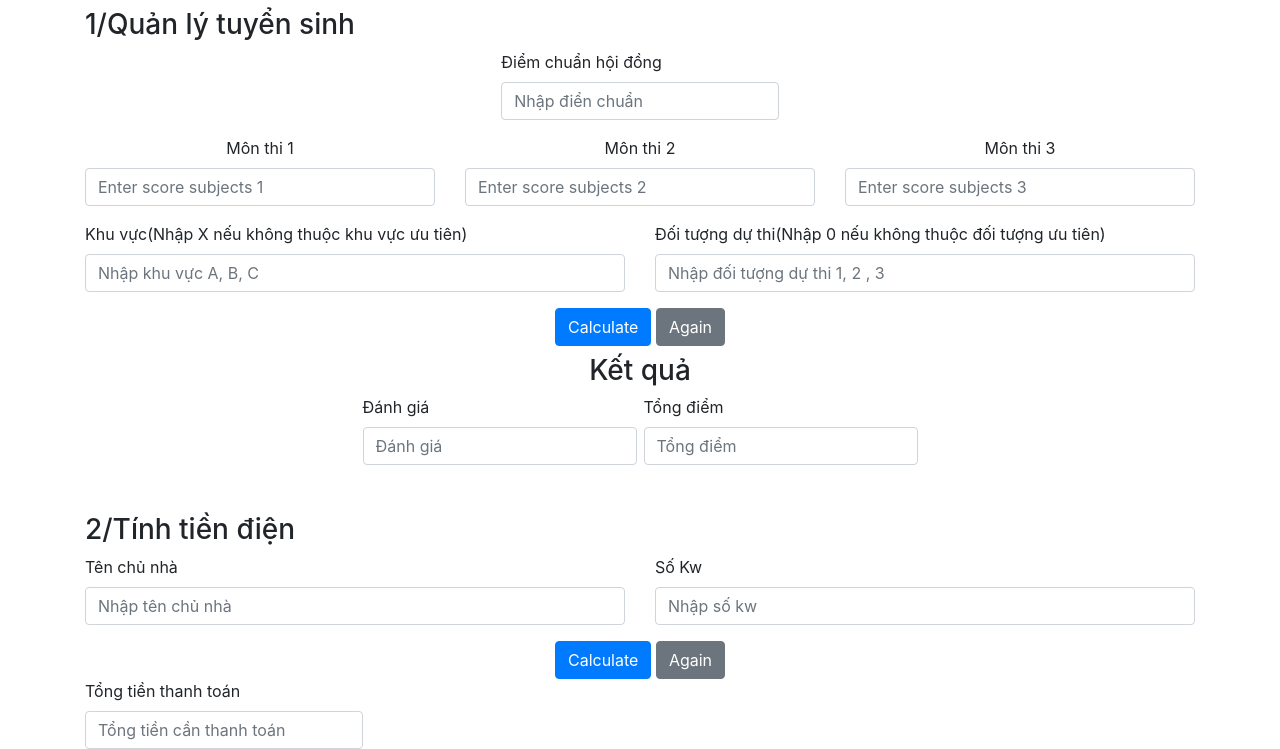
Repository: baobaodeveloper/bootcamp21__jsbasic4_HuynhAnhBao
Page: index.html
These files come from the project's save history. The page is drawn as it stood at one moment and after the next save; the edit follows.
The browser window is 1280 px wide. The pictures show the whole page.

Above is the page before, as saved 2022-03-13 19:21:29.

### index.html
<!DOCTYPE html>
<html lang="en">
  <head>
    <title>Exercise3</title>
    <!-- Required meta tags -->
    <meta charset="utf-8" />
    <meta
      name="viewport"
      content="width=device-width, initial-scale=1, shrink-to-fit=no"
    />

    <!-- Bootstrap CSS -->
    <link
      rel="stylesheet"
      href="https://stackpath.bootstrapcdn.com/bootstrap/4.3.1/css/bootstrap.min.css"
      integrity="sha384-ggOyR0iXCbMQv3Xipma34MD+dH/1fQ784/j6cY/iJTQUOhcWr7x9JvoRxT2MZw1T"
      crossorigin="anonymous"
    />
  </head>
  <body>
    <!-- 1/Quản lý tuyển sinh -->
    <div class="container mt-2">
      <h3>1/Quản lý tuyển sinh</h3>

      <div class="mb-3 w-25 m-auto">
        <label>Điểm chuẩn hội đồng</label>
        <input
          type="number"
          class="form-control"
          id="score"
          placeholder="Nhập điển chuẩn"
        />
      </div>

      <div class="row mt-3 text-center">
        <div class="col">
          <label>Môn thi 1</label>
          <input
            type="number"
            class="form-control"
            id="score1"
            placeholder="Enter score subjects 1"
          />
        </div>
        <div class="col">
          <label>Môn thi 2</label>
          <input
            type="number"
            class="form-control"
            id="score2"
            placeholder="Enter score subjects 2"
          />
        </div>
        <div class="col">
          <label>Môn thi 3</label>
          <input
            type="number"
            class="form-control"
            id="score3"
            placeholder="Enter score subjects 3"
          />
        </div>
      </div>

      <div class="row mt-3">
        <div class="col">
          <label>Khu vực(Nhập X nếu không thuộc khu vực ưu tiên)</label>
          <input
            type="text"
            class="form-control"
            placeholder="Nhập khu vực A, B, C"
            id="area"
          />
        </div>
        <div class="col">
          <label
            >Đối tượng dự thi(Nhập 0 nếu không thuộc đối tượng ưu tiên)</label
          >
          <input
            type="number"
            class="form-control"
            placeholder="Nhập đối tượng dự thi 1, 2 , 3"
            id="object"
          />
        </div>
      </div>

      <div class="text-center mt-3">
        <button type="button" class="btn btn-primary" id="scoreBtn">
          Calculate
        </button>
        <button type="button" class="btn btn-secondary" id="score-btn-again">
          Again
        </button>
      </div>

      <h3 class="text-center mt-2">Kết quả</h3>

      <div class="mb-3 w-50 d-flex m-auto justify-content-between">
        <div>
          <label>Đánh giá</label>
          <input
            type="email"
            class="form-control"
            placeholder="Đánh giá"
            id="evaluate"
          />
        </div>

        <div>
          <label>Tổng điểm</label>
          <input
            type="email"
            class="form-control"
            placeholder="Tổng điểm"
            id="total-score"
          />
        </div>
      </div>
    </div>

    <!-- 2/Tính tiền điện -->
    <div class="container mt-lg-5">
      <h3>2/Tính tiền điện</h3>
      <div class="row">
        <div class="col">
          <label class="form-label">Tên chủ nhà</label>
          <input
            type="text"
            class="form-control"
            id="host"
            placeholder="Nhập tên chủ nhà"
          />
        </div>
        <div class="col">
          <label class="form-label">Số Kw</label>
          <input
            type="number"
            id="number-kw"
            class="form-control"
            placeholder="Nhập số kw"
          />
        </div>
      </div>

      <div class="text-center mt-3">
        <button type="button" class="btn btn-primary" id="electricBill">
          Calculate
        </button>
        <button
          type="button"
          class="btn btn-secondary"
          id="score-electricbill-again"
        >
          Again
        </button>
      </div>

      <div class="w-25">
        <label class="form-label">Tổng tiền thanh toán</label>
        <input
          type="number"
          class="form-control"
          id="host"
          placeholder="Tổng tiền cần thanh toán"
        />
      </div>
    </div>
    <!-- Optional JavaScript -->
    <!-- jQuery first, then Popper.js, then Bootstrap JS -->
    <script
      src="https://code.jquery.com/jquery-3.3.1.slim.min.js"
      integrity="sha384-q8i/X+965DzO0rT7abK41JStQIAqVgRVzpbzo5smXKp4YfRvH+8abtTE1Pi6jizo"
      crossorigin="anonymous"
    ></script>
    <script
      src="https://cdnjs.cloudflare.com/ajax/libs/popper.js/1.14.7/umd/popper.min.js"
      integrity="sha384-UO2eT0CpHqdSJQ6hJty5KVphtPhzWj9WO1clHTMGa3JDZwrnQq4sF86dIHNDz0W1"
      crossorigin="anonymous"
    ></script>
    <script
      src="https://stackpath.bootstrapcdn.com/bootstrap/4.3.1/js/bootstrap.min.js"
      integrity="sha384-JjSmVgyd0p3pXB1rRibZUAYoIIy6OrQ6VrjIEaFf/nJGzIxFDsf4x0xIM+B07jRM"
      crossorigin="anonymous"
    ></script>

    <script src="exercise1.js"></script>
  </body>
</html>

### exercise1.js
const score = document.getElementById("score");
const score1 = document.getElementById("score1");
const score2 = document.getElementById("score2");
const score3 = document.getElementById("score3");
const area = document.getElementById("area");
const objectStudent = document.getElementById("object");
const scoreBtn = document.getElementById("scoreBtn");
const scoreBtnAgain = document.getElementById("score-btn-again");
const evaluate = document.getElementById("evaluate");
const totalScore = document.getElementById("total-score");

scoreBtn.addEventListener("click", () => {
  if (!score.value || !score1.value || !score2.value || !score3.value) return;
  const scoreValue = +score.value;
  const score1Value = +score1.value;
  const score2Value = +score2.value;
  const score3Value = +score3.value;
  if (
    scoreValue <= 0 ||
    scoreValue > 30 ||
    score1Value < 0 ||
    score1Value > 10 ||
    score2Value < 0 ||
    score2Value > 10 ||
    score3Value < 0 ||
    score3Value > 10
  )
    return alert("Enter score invalid");
  if (score1Value === 0 || score2Value === 0 || score3Value === 0)
    return (evaluate.value = "Không Đạt");

  const scoreArea = areas();
  const scoreObjectStudent = objectStudents();

  const scoreTotalStudent =
    score1Value + score2Value + score3Value + scoreArea + scoreObjectStudent;

  if (scoreTotalStudent >= scoreValue) {
    evaluate.value = "Đạt";
  } else {
    evaluate.value = "Không Đạt";
  }
  totalScore.value = scoreTotalStudent;
});

const areas = () => {
  if (!area.value) return;
  const areaValue = area.value.toUpperCase();
  if (areaValue === "X") {
    return 0;
  } else if (areaValue === "A") {
    return 2;
  } else if (areaValue === "B") {
    return 1;
  } else if (areaValue === "C") {
    return 0.5;
  } else {
    return 0;
  }
};

const objectStudents = () => {
  if (!objectStudent) return;
  const objecStudenttValue = +object.value;

  if (objecStudenttValue === 0) {
    return 0;
  } else if (objecStudenttValue === 1) {
    return 2.5;
  } else if (objecStudenttValue === 2) {
    return 1.5;
  } else if (objecStudenttValue === 3) {
    return 1;
  } else {
    return 0;
  }
};

scoreBtnAgain.addEventListener("click", () => {
  score.value = "";
  score1.value = "";
  score2.value = "";
  score3.value = "";
  area.value = "";
  objectStudent.value = "";
  totalScore.value = "";
  evaluate.value = "";
});

After the next save:
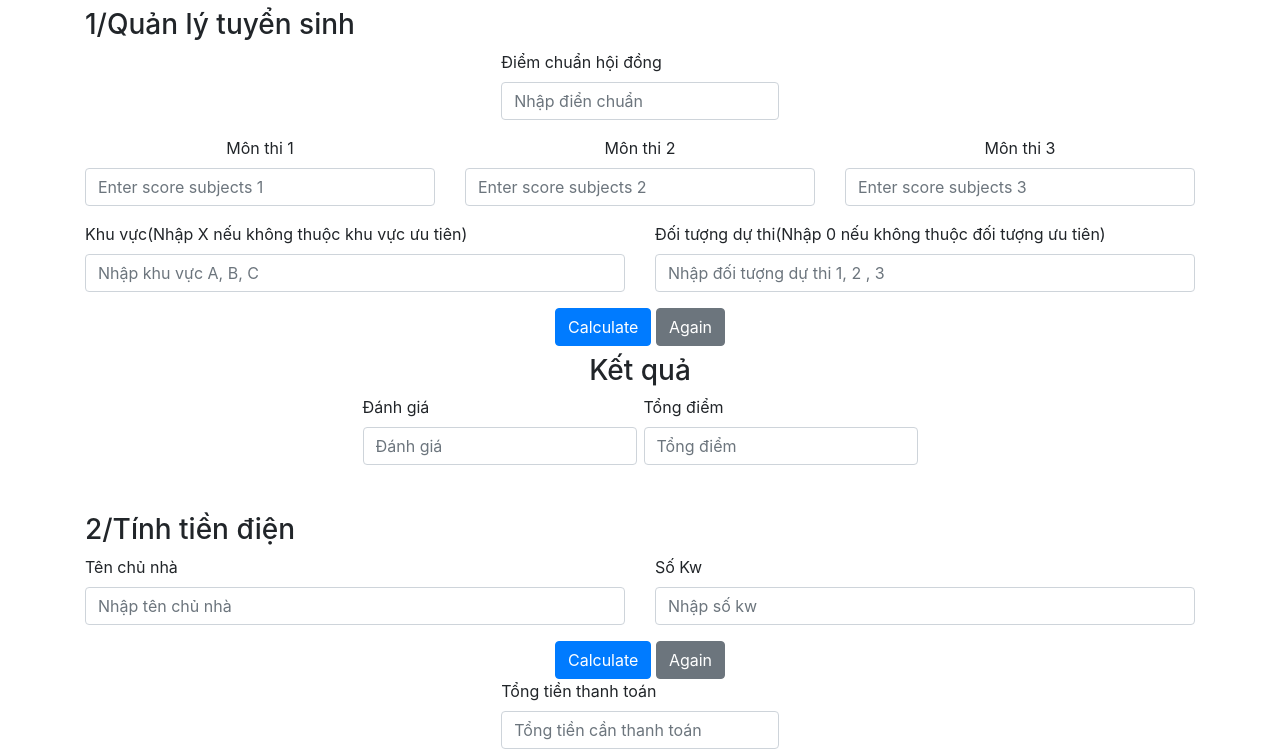
Saved 9 s later.
--- a/index.html
+++ b/index.html
@@ -156,7 +156,7 @@
         </button>
       </div>
 
-      <div class="w-25">
+      <div class="w-25 m-auto">
         <label class="form-label">Tổng tiền thanh toán</label>
         <input
           type="number"
